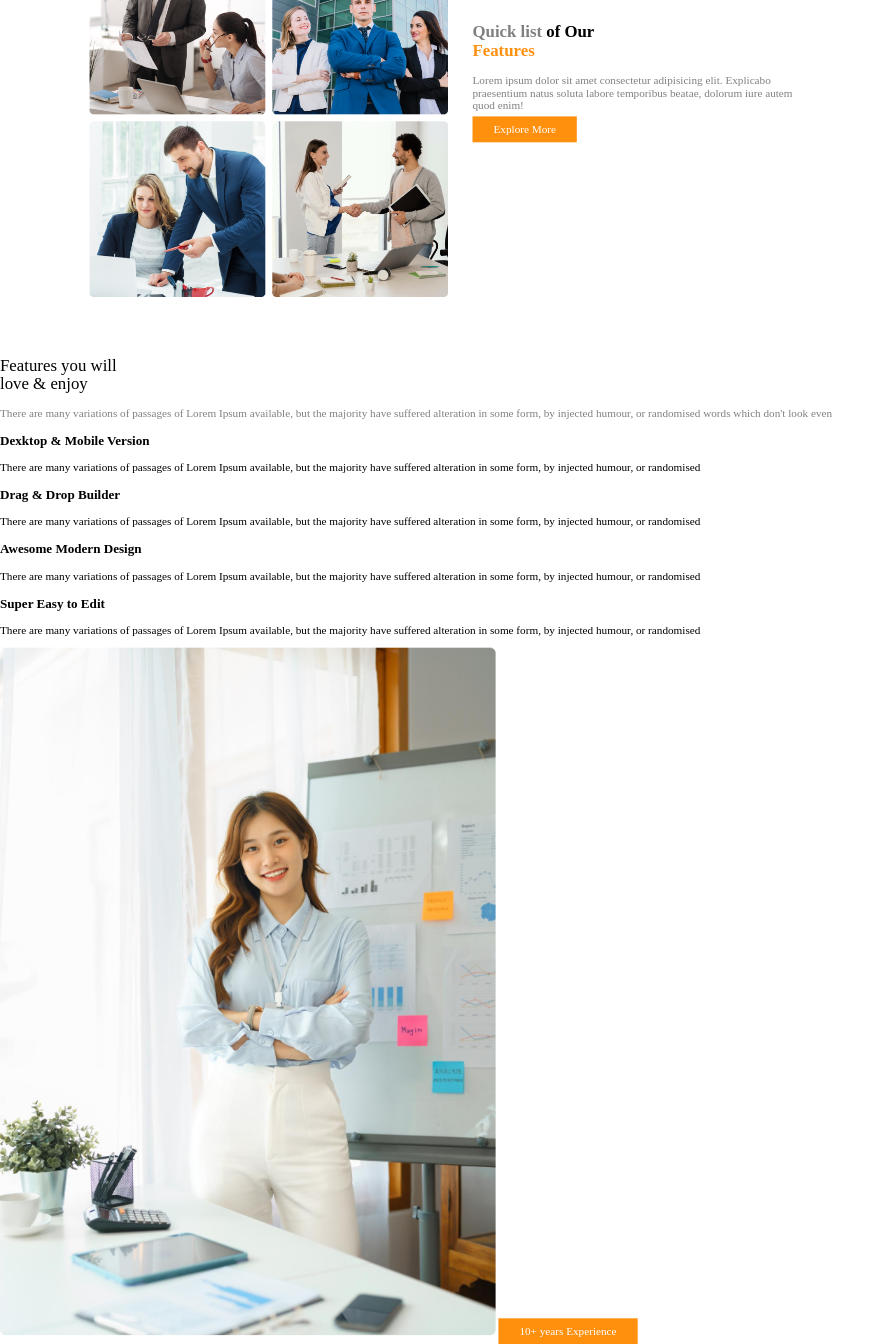
Repository: sadiaafsana138/Architect
Page: index.html
These files come from the project's save history. The page is drawn as it stood at one moment and after the next save; the edit follows.
The browser window is 1280 px wide. The pictures show the part of the page from y = 1166 to 3086 px (the page is 3086 px tall before and 2786 px after), at 70% of full size.

Above is the page before, as saved 2023-01-16 16:35:12.

### index.html
<!DOCTYPE html>
<html lang="en">

<head>
  <meta charset="UTF-8" />
  <meta http-equiv="X-UA-Compatible" content="IE=edge" />
  <meta name="viewport" content="width=device-width, initial-scale=1.0" />
  <!-- CSS Stylesheet -->
  <link rel="stylesheet" href="style.css" />
  <title>G3 Architects</title>
</head>

<body>
  <!-- Head Section -->
  <header>
    <div class="top-head container">
      <div class="logo">
        <a href="">G3 Architects</a>
      </div>
      <nav class="navigation">
        <ul class="navigation-items">
          <li><a href="#">Home</a></li>
          <li><a href="#">About</a></li>
          <li><a href="#">Contact Us</a></li>
          <li><a href="#">Log In</a></li>
        </ul>
      </nav>
    </div>
    <div class="top-section container">
      <div class="top-bar-product">
        <div class="top-text">
          <h1>Brand New</h1>
          <h1>Group of Architects</h1>
          <p>
            There are many variations of passages of Lorem Ipsum available,
            but the majority have suffered <br>
            alteration in some form, by
            injected humour, or randomised words which don't look even
          </p>
          <br />
          <a href="#" class="link-btn">Explore More </a>
        </div>
        <div class="top-img">
          <img src="./images/banner.png" alt="" />
        </div>
      </div>
    </div>
  </header>
  <!--section Quick list of Our Features-->
  <section class="section-2">
    <div class="sec2div1">
      <img src="images/team1.png" alt="">

      </img>
      <img src="images/team2.png" alt="">

      </img>
      <img src="images/team3.png" alt="">

      </img>
      <img src="images/team4.png" alt="">

      </img>
    </div>
    <div class="sec2div2">
      <h2><span class="sp1">Quick list</span> of Our <br>
        <span id="sp2">Features</span>
      </h2>
      <p class="sp1">Lorem ipsum dolor sit amet consectetur adipisicing elit. Explicabo praesentium natus soluta labore
        temporibus beatae, dolorum iure autem quod enim!</p>
      <a href="#" class="link-btn">Explore More </a>
    </div>
  </section>
  <!--section-3 Features you will love & enjoy-->
  <section>
    <div class="sec3div1">
      <h1>Features you will<br>
        love & enjoy</h1>
      <p class="sp1">
        There are many variations of passages of Lorem Ipsum available, but the majority have suffered alteration in
        some form, by injected humour, or randomised words which don't look even
      </p>
      <div class="sec3">
        <h3 class="sec3title">Dexktop & Mobile Version</h3>
        <p class="sec3subtitle">
          There are many variations of passages of Lorem Ipsum available, but the majority have suffered alteration in
          some form, by injected humour, or randomised
        </p>
      </div>
      <div class="sec3">
        <h3 class="sec3title">Drag & Drop Builder</h3>
        <p class="sec3subtitle">
          There are many variations of passages of Lorem Ipsum available, but the majority have suffered alteration in
          some form, by injected humour, or randomised
        </p>
      </div>
      <div class="sec3">
        <h3 class="sec3title">Awesome Modern Design</h3>
        <p class="sec3subtitle">
          There are many variations of passages of Lorem Ipsum available, but the majority have suffered alteration in
          some form, by injected humour, or randomised
        </p>
      </div>
      <div class="sec3">
        <h3 class="sec3title">Super Easy to Edit</h3>
        <p class="sec3subtitle">
          There are many variations of passages of Lorem Ipsum available, but the majority have suffered alteration in
          some form, by injected humour, or randomised
        </p>
      </div>
    </div>
    <div class="sec3div2">
      <img src="images/architect.png" alt="">
      <a href="#" class="link-btn"><span class="sp3">10+ years</span> Experience </a>
    </div>


  </section>
</body>

</html>

### style.css
@import url("https://fonts.googleapis.com/css2?family=Inter:wght@700&family=Manrope:wght@700&display=swap");

/* common styles or utilities */
* {
  padding: 0;
  box-sizing: border-box;
}

html {
  scroll-behavior: smooth;
}

body {
  font-family: "Poppins";
  margin: 0;
}

h1 {
  font-weight: 500;
}

a {
  text-decoration: none;
}

main {
  display: flex;
  flex-direction: column;
  align-items: center;
  justify-content: center;
  margin-top: 2%;
}

.container {
  max-width: 960px;
  margin: 0 auto;
  padding: 0 20px;
}

.link-btn {
  background-color: #ff900e;
  color: white;
  padding: 10px 30px;
  transition: 0.4s all ease-in-out;
}

.link-btn:hover {
  background-color: transparent;
  border: 1px solid #ff900e;
  color: #ff900e;
}

/* Header Section */
header {
  padding: 10px 0;
  background-color: rgba(255, 144, 14, 0.1);
}

header .container {
  max-width: 1170px;
  display: flex;
  justify-content: space-between;
  align-items: center;
}

.logo {
  display: flex;
}

.logo a {
  color: black;
  font-weight: 700;
  font-size: 20px;
}

.navigation {
  display: flex;
}

.navigation-items {
  display: flex;
  align-items: center;
}

.navigation-items li {
  list-style: none;
  padding: 0 20px;
}

.navigation-items li a {
  color: black;
  font-size: 12px;
  position: relative;
}

.navigation-items li a:after {
  content: "";
  position: absolute;
  background-color: #ff900e;
  height: 3px;
  width: 0;
  left: 0;
  bottom: -10px;
  transition: 0.3s;
}

.navigation-items li a:hover:after {
  width: 100%;
}

/* Top Bar Infos */
.top-section.container {
  margin-top: 5%;
}

.top-bar-product {
  text-align: center;
}

.top-text h1 {
  font-weight: 700;
  font-size: 45px;
}

.top-text p {
  font-size: 14px;
  text-align: center;
}

.top-img {
  width: 100%;
  margin-top: 50px;
}
.top-img img {
  width: 100%;
}
/*Section 2 Quick list of Our Features*/
.sp1{
  color: gray;
}
#sp2{
  color: #ff900e;
}
.section-2{
  display:grid;
  grid-template-columns: repeat(2,1fr);
  padding-left: 10%;
  padding-right: 10%;
  padding-top: 5%;
  padding-bottom: 5%;

}
.sec2div1{
  display: grid;
  grid-template-columns: repeat(2,1fr);
  row-gap: 10px;
  column-gap: 10px;
}
.sec2div1 img{
  width: 100%;
}
.sec2div2{
  padding-left: 35px;
  padding-top: 100px;
}
/* Media Queries */
@media only screen and (max-width: 688px) {
  .navigation {
    display: none;
  }
  .container {
    width: 100%;
  }
  .top-bar-product {
    flex-direction: column;
  }
  .top-img {
    order: 1;
  }
  .top-text {
    order: 2;
    text-align: center;
  }
  .section-2{
    display:grid;
    grid-template-columns: repeat(1,1fr);
  }
  .sec2div1{
    display: grid;
    grid-template-columns: repeat(1,1fr);
  }

}
@media only screen and (min-width: 688px) and (max-width: 992px) {
  .container {
    width: 100%;
  }
  .section-2{
    display:grid;
    grid-template-columns: repeat(1,1fr);
  }
  .sec2div1{
    display: grid;
    grid-template-columns: repeat(2,1fr);
  }
}

After the next save:
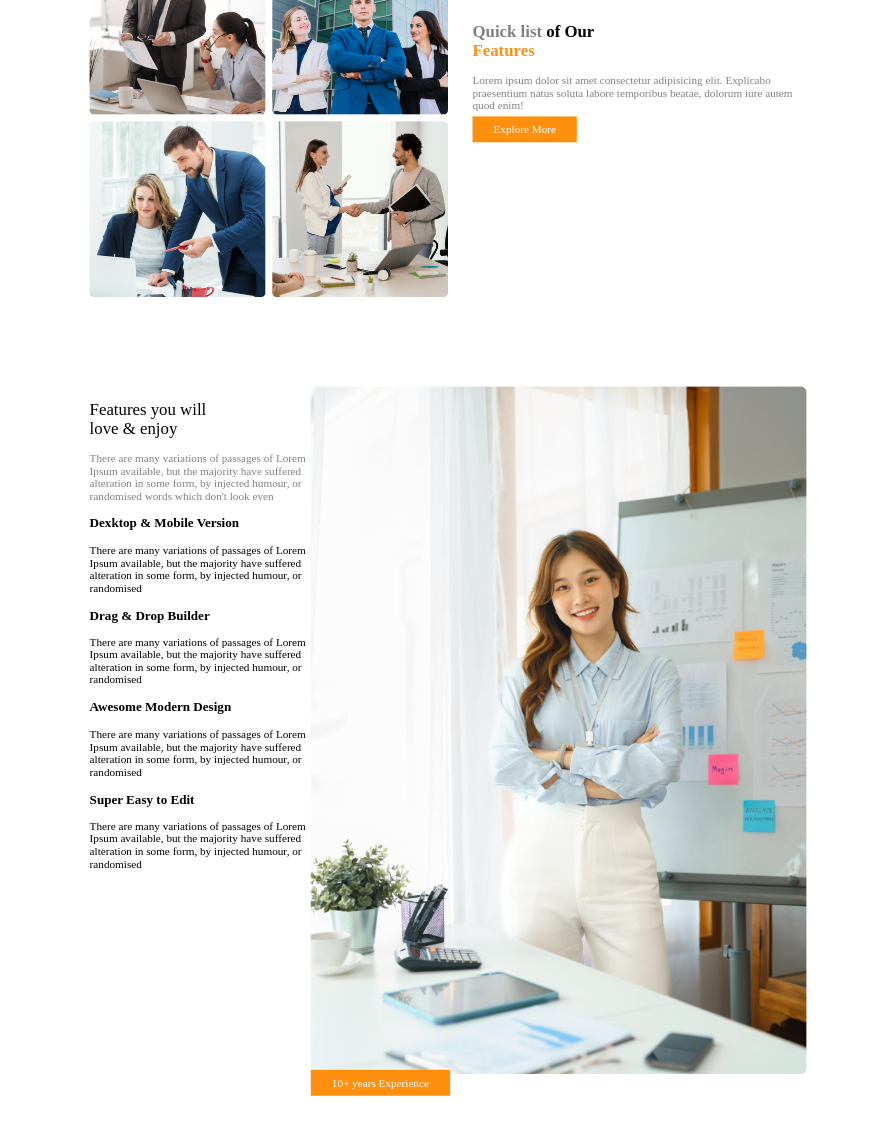
Saved 67 s later.
--- a/index.html
+++ b/index.html
@@ -72,7 +72,7 @@
     </div>
   </section>
   <!--section-3 Features you will love & enjoy-->
-  <section>
+  <section class="section-2">
     <div class="sec3div1">
       <h1>Features you will<br>
         love & enjoy</h1>
